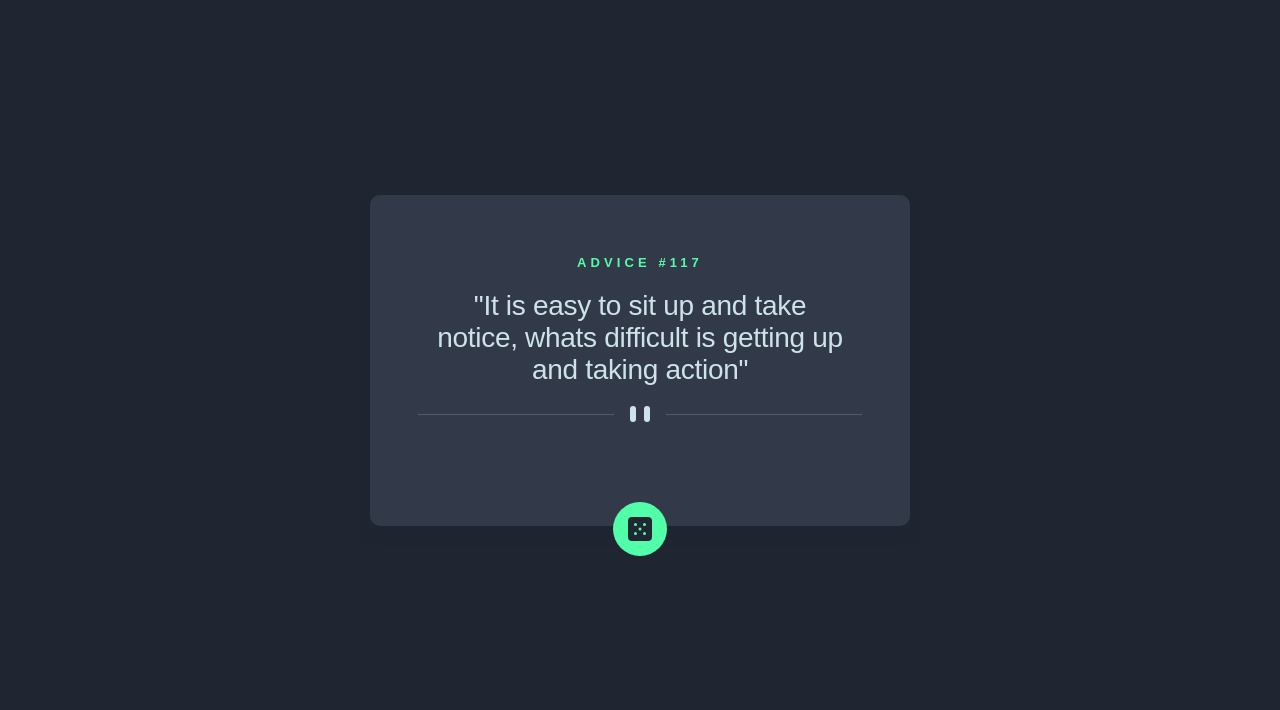
Repository: Arkitecth/advice-generator
Page: index.html
The author's editor kept a copy of each file at every save. The page is drawn from the files as they stood at one save, then again after the next save.
The browser window is 1280 px wide. The pictures show the whole page.

Above is the page before, as saved 2023-07-12 18:19:27.

After the next save:
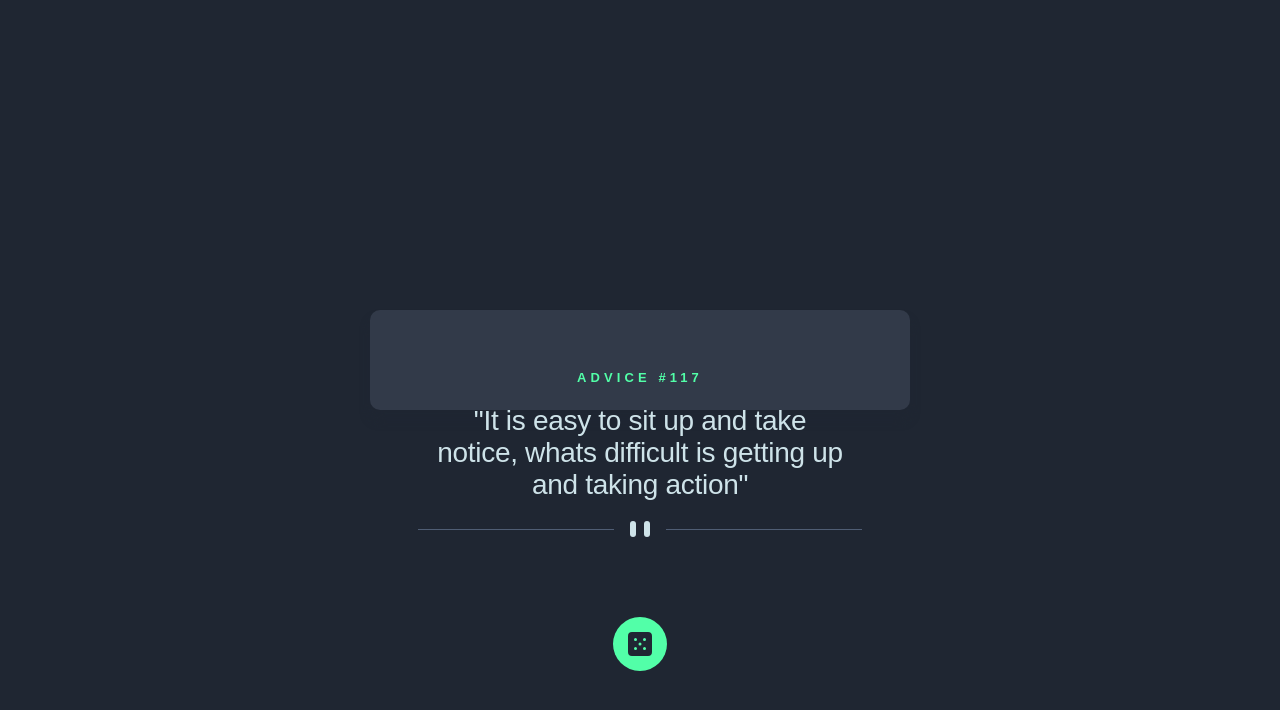
Saved 77 s later.
--- a/style.css
+++ b/style.css
@@ -25,6 +25,7 @@
     margin: 0 auto;
     background-color: var(--dark-grayish-blue);
     max-width: 540px;
+    max-height: 31px;
     padding: 50px;
     border-radius: 10px;
     box-shadow: 0px 10px 10px var(--dark-blue);

After the save that followed:
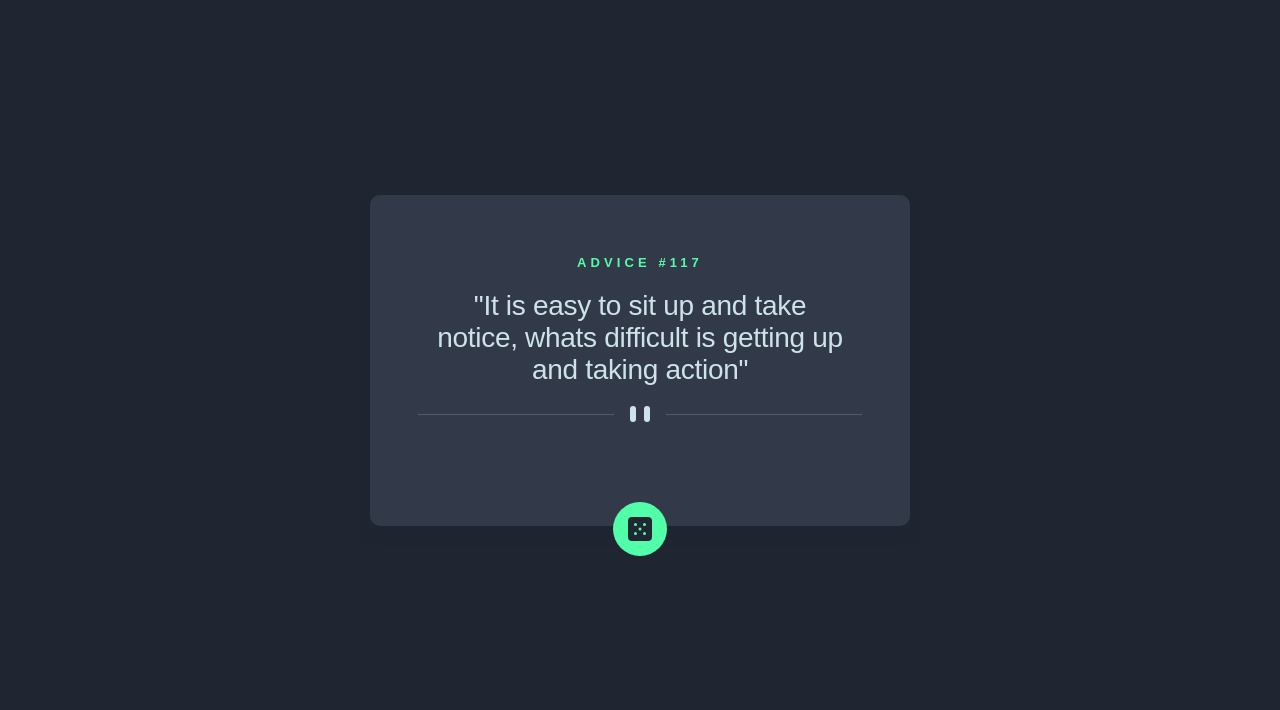
Saved 14 s later.
--- a/style.css
+++ b/style.css
@@ -25,7 +25,6 @@
     margin: 0 auto;
     background-color: var(--dark-grayish-blue);
     max-width: 540px;
-    max-height: 31px;
     padding: 50px;
     border-radius: 10px;
     box-shadow: 0px 10px 10px var(--dark-blue);
